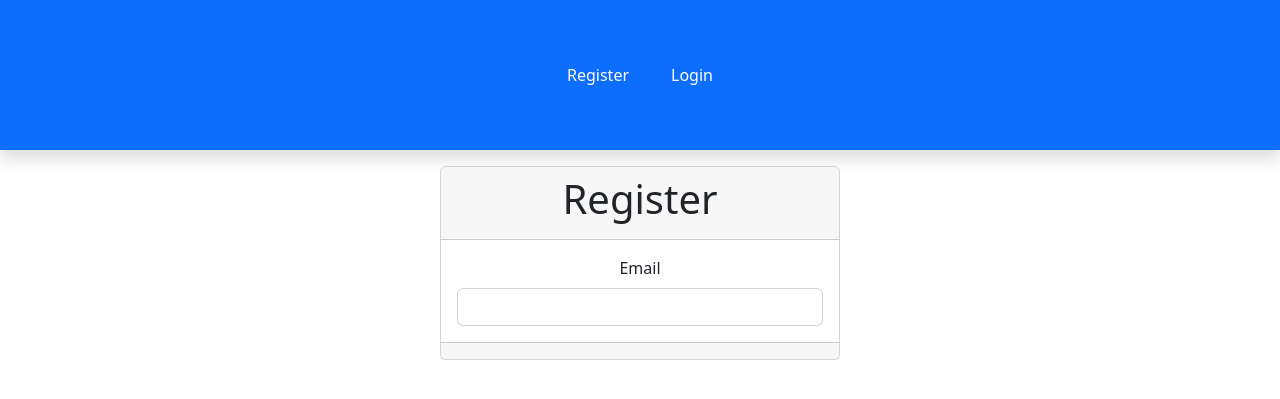
Repository: loveleii/firebase-login-logout
Page: /
An editor plug-in stored every save of this project. The page is shown before and after the next save, followed by the edit.
The browser window is 1280 px wide. The pictures show the whole page.
The project was rebuilt for these pictures with package versions that can differ from the ones it lists, and the page was loaded fresh each time. Also part of the build but not shown: vite.config.ts, src/views/loginView.vue, src/assets/main.css.

Above is the page before, as saved 2023-03-04 19:42:08.

### src/main.js
import { createApp } from 'vue'
import { createPinia } from 'pinia'

import App from './App.vue'
import router from './router'
import "bootstrap/dist/css/bootstrap.min.css"
import bootstrap from "bootstrap/dist/js/bootstrap.bundle.js"

import './assets/main.css'

const app = createApp(App)

app.use(createPinia())
app.use(router)

app.mount('#app')

### src/App.vue
<script setup lang="ts">
import { RouterLink, RouterView } from 'vue-router'

</script>

<template>
  <div>
        <header class="bg-primary p-5 shadow">
            <div class="container_header">
                <div class="d-flex">
                    <RouterLink to="/" style="text-decoration: none;"><text class="text-white m-2 btn btn-primary">Register</text></RouterLink>
                    <RouterLink to="/login" style="text-decoration: none;"><text class="text-white m-2 btn btn-primary">Login</text></RouterLink>
                </div>
            </div>
        </header>
    </div>
    <div class="center_container m-3 rounded text-center">
      <RouterView />
    </div>

</template>

<style>
.container_header{
  display: grid;
  place-content: center;
}
.center_container{
  display: grid;
  place-content: center;
}

</style>

### src/router/index.js
import { createRouter, createWebHistory } from 'vue-router'
import registerView from '../views/registerView.vue'
import loginView from '../views/loginView.vue'

const router = createRouter({
  history: createWebHistory(import.meta.env.BASE_URL),
  routes: [
    {
      path: '/',
      name: 'reg',
      component: registerView
    },
    {
      path: '/login',
      name: 'log',
      component: loginView
    },

  ]
})

export default router

### src/views/registerView.vue
<template>
    <div class="card">
        <div class="card-header">
            <h1>Register</h1>
        </div>
        <div class="card-body float-left">
            <div class="form-group">
                <label for="" class="form-label">Email</label>
                <input type="text" name="" id="" class="form-control">
            </div>

        </div>
        <div class="card-footer">

        </div>
    </div>
</template>

<script>


</script>
<style>
.card{
    width: 400px;
}
</style>

Loaded but not shown: index.html (common file)

After the next save:
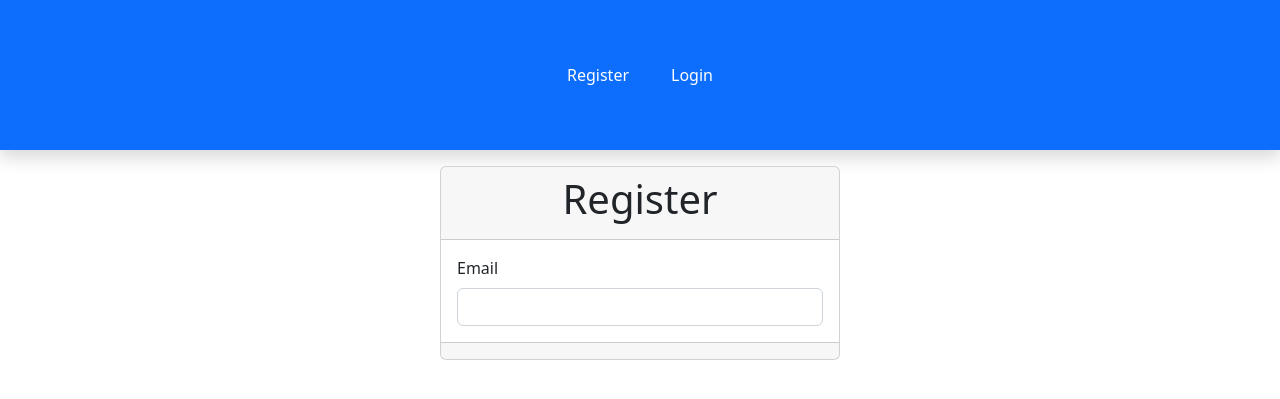
Saved 4 s later.
--- a/src/views/registerView.vue
+++ b/src/views/registerView.vue
@@ -5,7 +5,7 @@
         </div>
         <div class="card-body float-left">
             <div class="form-group">
-                <label for="" class="form-label">Email</label>
+                <label for="" class="form-label float-start">Email</label>
                 <input type="text" name="" id="" class="form-control">
             </div>
 
